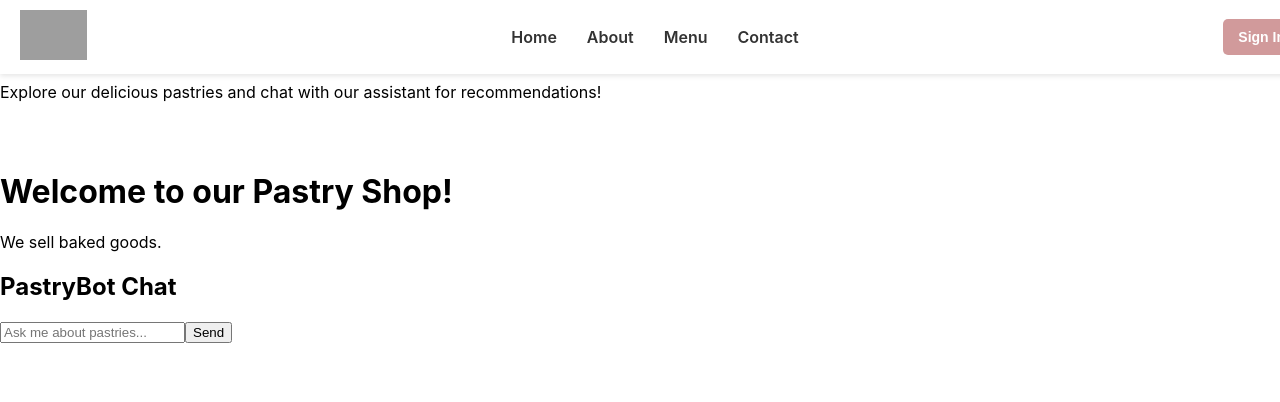
Repository: agrnerd17/Website-Chatbot
Page: / (app in pastry-chatbot/)
An editor plug-in stored every save of this project. The page is shown before and after the next save, followed by the edit.
The browser window is 1280 px wide. The pictures show the whole page.
Pictures or frames that could not be fetched are drawn as grey boxes. The project was rebuilt for these pictures with package versions that can differ from the ones it lists, and the page was loaded fresh each time. Also part of the build but not shown: pastry-chatbot/src/styles/Chatbot.css.

Above is the page before, as saved 2024-12-08 00:30:05.

After the next save:
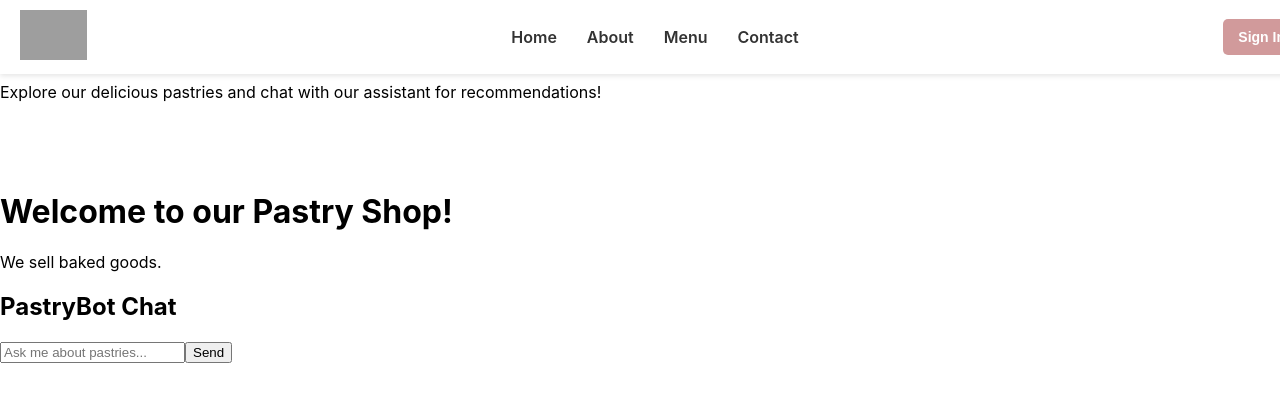
Saved 4 s later.
--- a/pastry-chatbot/src/App.js
+++ b/pastry-chatbot/src/App.js
@@ -16,7 +16,7 @@ function App() {
       </main>
       <div>
         <Navbar />
-        <main style={{ marginTop: "70px" }}> {/* Adjust */}
+        <main style={{ marginTop: "90px" }}> {/* Adjust */}
           <h1>Welcome to our Pastry Shop!</h1>
           <p>We sell baked goods.</p>
         </main>
